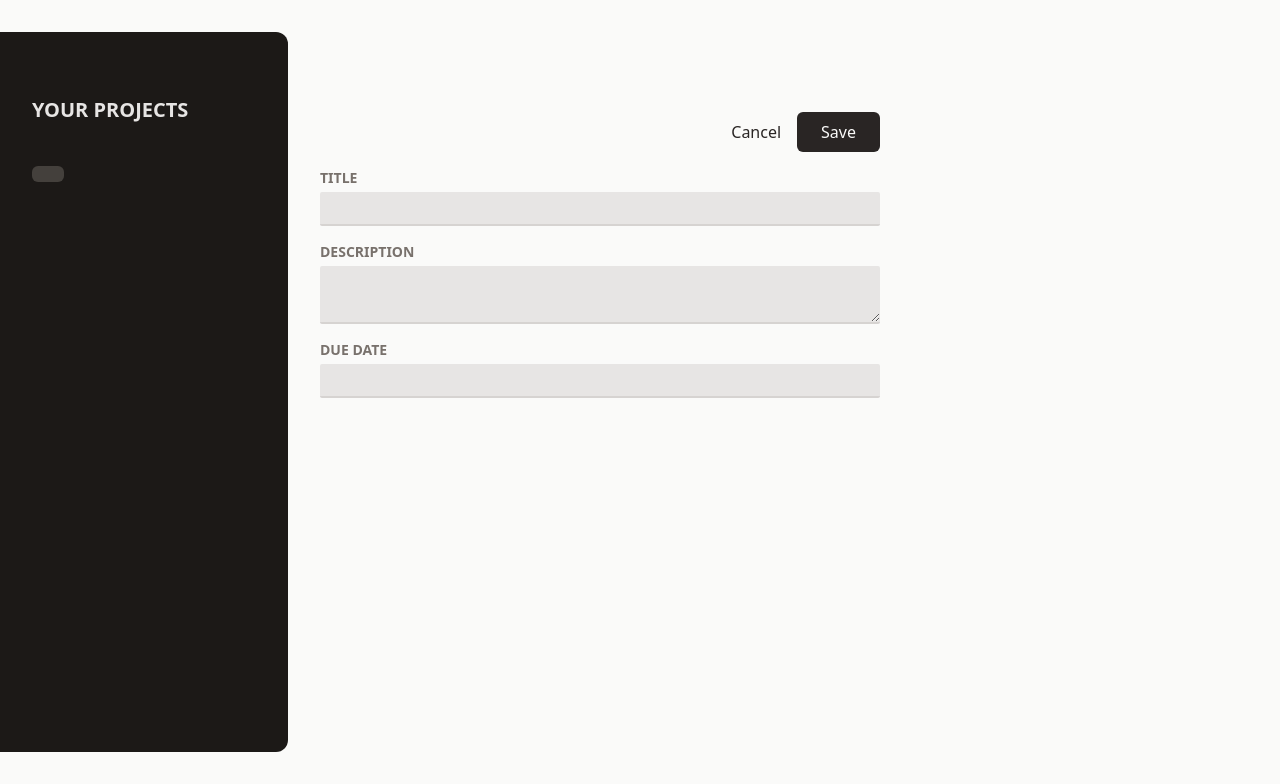
Repository: collyrium921/project-management
Page: /
These files come from the project's save history. The page is drawn as it stood at one moment and after the next save; the edit follows.
The browser window is 1280 px wide. The pictures show the whole page.
The project was rebuilt for these pictures with package versions that can differ from the ones it lists, and the page was loaded fresh each time. Also part of the build but not shown: vite.config.js.

Above is the page before, as saved 2024-07-11 02:09:00.

After the next save:
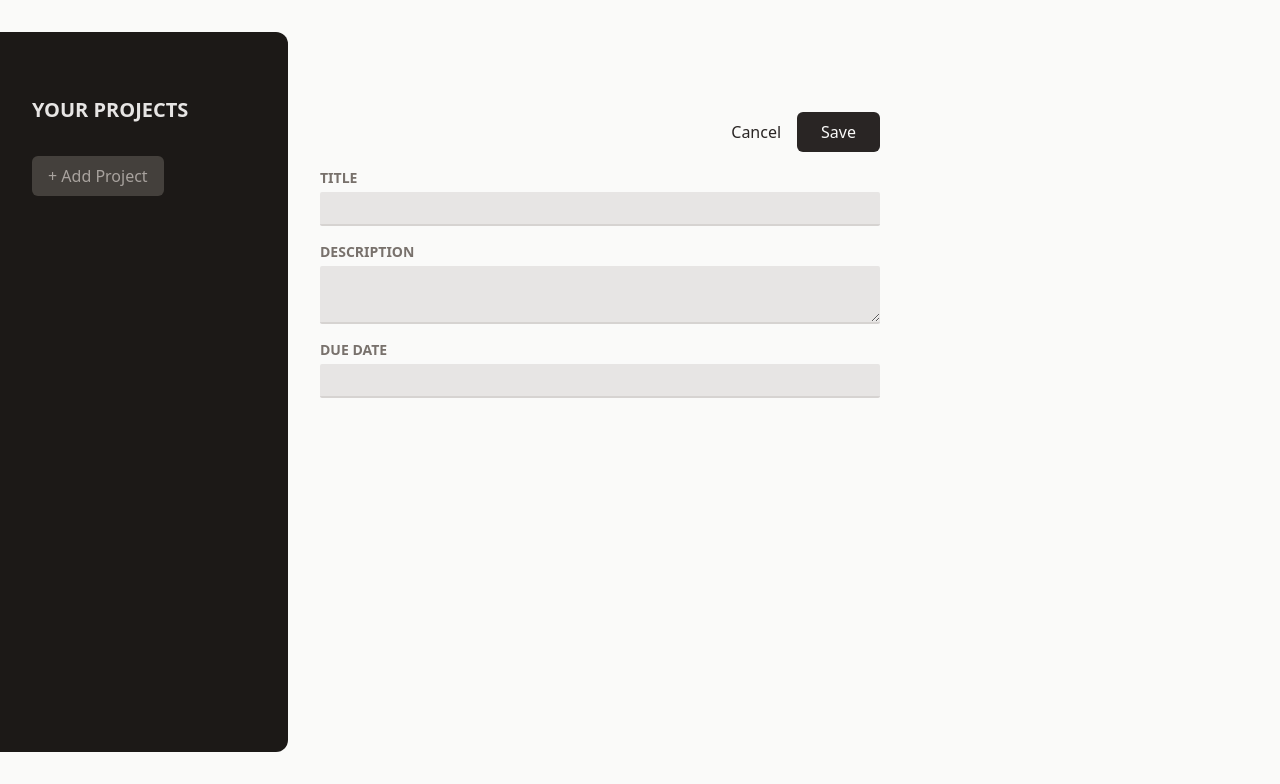
Saved 26 s later.
--- a/src/components/ProjectsSidebar.jsx
+++ b/src/components/ProjectsSidebar.jsx
@@ -8,7 +8,7 @@ export default function ProjectsSidebar() {
         Your Projects
       </h2>
       <div>
-        <Button />
+        <Button>+ Add Project</Button>
       </div>
     </aside>
   );
